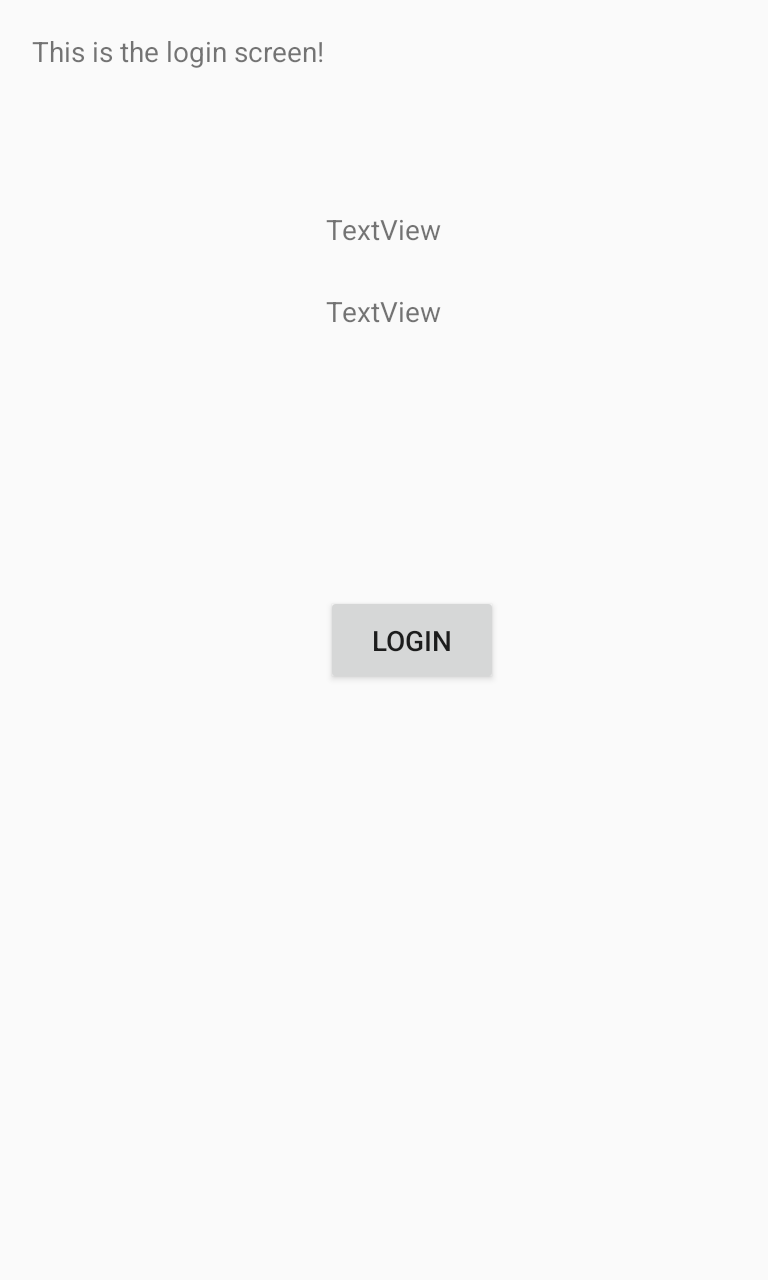
Repository: malithmp/comic
Layout: android/comic/res/layout/activity_login.xml
The author's editor kept a copy of each file at every save. The layout is drawn from the files as they stood at one save, then again after the next save.
It is drawn on a 768 x 1280 px phone screen (xhdpi) without system bars, with theme AppTheme; the app's code is not run.

Above is the layout before, as saved 2014-07-24 03:20:47.

### android/comic/res/layout/activity_login.xml
<RelativeLayout xmlns:android="http://schemas.android.com/apk/res/android"
    xmlns:tools="http://schemas.android.com/tools"
    android:layout_width="match_parent"
    android:layout_height="match_parent"
    android:paddingBottom="@dimen/activity_vertical_margin"
    android:paddingLeft="@dimen/activity_horizontal_margin"
    android:paddingRight="@dimen/activity_horizontal_margin"
    android:paddingTop="@dimen/activity_vertical_margin"
    tools:context="com.comics.activities.LoginActivity" >

    <TextView
        android:id="@+id/textView2"
        android:layout_width="wrap_content"
        android:layout_height="wrap_content"
        android:text="@string/login_msg" />

    <TextView
        android:id="@+id/textView1"
        android:layout_width="wrap_content"
        android:layout_height="wrap_content"
        android:layout_below="@+id/textView2"
        android:layout_centerHorizontal="true"
        android:layout_marginTop="70dp"
        android:text="TextView" />

    <TextView
        android:id="@+id/textView3"
        android:layout_width="wrap_content"
        android:layout_height="wrap_content"
        android:layout_alignLeft="@+id/textView1"
        android:layout_below="@+id/textView1"
        android:layout_marginTop="22dp"
        android:text="TextView" />

    <Button
        android:id="@+id/button1"
        android:layout_width="wrap_content"
        android:layout_height="wrap_content"
        android:layout_centerVertical="true"
        android:layout_toRightOf="@+id/textView2"
        android:text="Login" />

</RelativeLayout>

### android/comic/res/values/strings.xml
<?xml version="1.0" encoding="utf-8"?>
<resources>

    <string name="app_name">comic</string>
    <string name="splash_msg">This is the splash screen!</string>
    <string name="action_settings">Settings</string>
    <string name="title_activity_login">LoginActivity</string>
    <string name="login_msg">This is the login screen!</string>

</resources>

Loaded but not shown: android/comic/res/values/styles.xml (common file); android/comic/res/values-v11/styles.xml (common file); android/comic/res/values-v14/styles.xml (common file); android/comic/res/values/dimens.xml (common file); android/comic/res/values-w820dp/dimens.xml (common file)

After the next save:
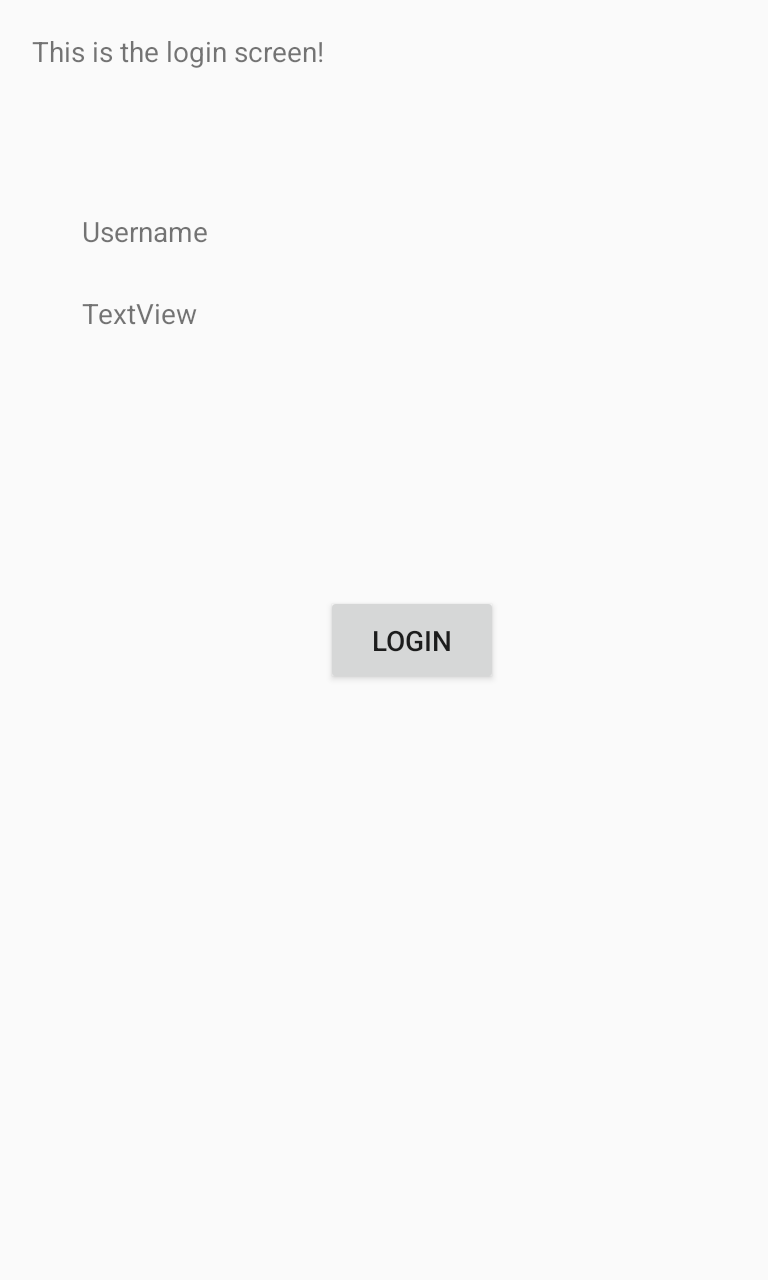
Saved 16 s later.
--- a/android/comic/res/layout/activity_login.xml
+++ b/android/comic/res/layout/activity_login.xml
@@ -13,15 +13,6 @@
         android:layout_width="wrap_content"
         android:layout_height="wrap_content"
         android:text="@string/login_msg" />
-
-    <TextView
-        android:id="@+id/textView1"
-        android:layout_width="wrap_content"
-        android:layout_height="wrap_content"
-        android:layout_below="@+id/textView2"
-        android:layout_centerHorizontal="true"
-        android:layout_marginTop="70dp"
-        android:text="TextView" />
 
     <TextView
         android:id="@+id/textView3"
@@ -40,4 +31,14 @@
         android:layout_toRightOf="@+id/textView2"
         android:text="Login" />
 
+    <TextView
+        android:id="@+id/textView1"
+        android:layout_width="wrap_content"
+        android:layout_height="wrap_content"
+        android:layout_alignLeft="@+id/textView2"
+        android:layout_below="@+id/textView2"
+        android:layout_marginLeft="25dp"
+        android:layout_marginTop="71dp"
+        android:text="Username" />
+
 </RelativeLayout>
